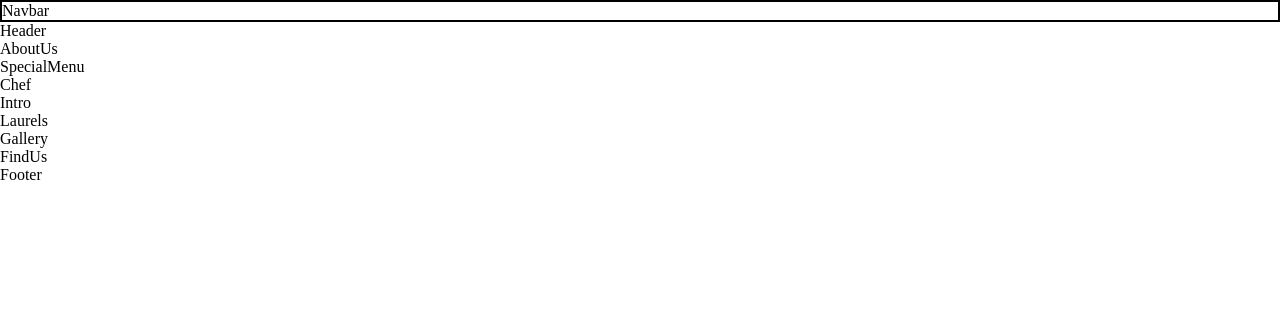
Repository: Isanderr/react-restaurant-page
Page: /
The author's editor kept a copy of each file at every save. The page is drawn from the files as they stood at one save, then again after the next save.
The browser window is 1280 px wide. The pictures show the whole page.
Some web fonts or font styles are not loaded; a fallback is used. The project was rebuilt for these pictures with package versions that can differ from the ones it lists, and the page was loaded fresh each time. Also part of the build but not shown: src/components/SubHeading/SubHeading.jsx, src/components/Footer/Newsletter.jsx, src/components/Footer/FooterOverlay.jsx, src/components/Menuitem/MenuItem.jsx, src/App.css.

Above is the page before, as saved 2022-05-21 13:43:36.

### public/index.html
<!DOCTYPE html>
<html lang="en">
  <head>
    <meta charset="utf-8" />
    <link rel="icon" href="%PUBLIC_URL%/favicon.ico" />
    <meta name="viewport" content="width=device-width, initial-scale=1" />
    <meta name="theme-color" content="#000000" />
    <meta
      name="description"
      content="Web site created using create-react-app"
    />
    <link rel="apple-touch-icon" href="%PUBLIC_URL%/logo192.png" />
    <link rel="manifest" href="%PUBLIC_URL%/manifest.json" />
    <title>Restaurant Page</title>
  </head>
  <body>
    <noscript>You need to enable JavaScript to run this app.</noscript>
    <div id="root"></div>
  </body>
</html>

### src/index.js
import React from 'react';
import { createRoot } from 'react-dom/client';

import './index.css';
import App from './App';

const container = document.getElementById('root');
const root = createRoot(container);
root.render(<React.StrictMode>
  <App />
</React.StrictMode>);

### src/components/Navbar/Navbar.jsx
import React from 'react';
import {GiHamburgerMenu} from 'react-icons/gi';
import {MdOutlineRestaurantMenu} from 'react-icons/md';
import images from '../../constants/images';


import './Navbar.css';

const Navbar = () => (
  <nav className="app__navbar">
    Navbar
  </nav>
);

export default Navbar;

### src/constants/images.js
import bg from '../assets/bg.png';
import chef from '../assets/chef.png';
import G from '../assets/G.png';
import gallery01 from '../assets/gallery01.png';
import gallery02 from '../assets/gallery02.png';
import gallery03 from '../assets/gallery03.png';
import gallery04 from '../assets/gallery04.png';
import knife from '../assets/knife.png';
import logo from '../assets/logo.png';
import menu from '../assets/menu.png';
import overlaybg from '../assets/overlaybg.png';
import spoon from '../assets/spoon.svg';
import welcome from '../assets/welcome.png';
import findus from '../assets/findus.png';
import laurels from '../assets/laurels.png';
import award01 from '../assets/award01.png';
import award02 from '../assets/award02.png';
import award03 from '../assets/award03.png';
import award05 from '../assets/award05.png';
import sign from '../assets/sign.png';
import quote from '../assets/quote.png';
import gericht from '../assets/gericht.png';

export default {
  bg,
  chef,
  G,
  gallery01,
  gallery02,
  gallery03,
  gallery04,
  knife,
  logo,
  menu,
  overlaybg,
  spoon,
  welcome,
  findus,
  laurels,
  award01,
  award02,
  award03,
  award05,
  sign,
  quote,
  gericht,
};

### src/components/Navbar/Navbar.css
.app__navbar {
    width: 100%;
    display: flex;
    border: 2px solid black;
}

Loaded but not shown: src/index.css (common file); src/App.js (common file); src/container/index.js (common file); src/components/index.js (common file); src/container/AboutUs/AboutUs.jsx (common file); src/container/Chef/Chef.jsx (common file); src/container/Findus/FindUs.jsx (common file); src/container/Footer/Footer.jsx (common file); src/container/Gallery/Gallery.jsx (common file); src/container/Header/Header.jsx (common file); src/container/Intro/Intro.jsx (common file); src/container/Laurels/Laurels.jsx (common file); src/container/Menu/SpecialMenu.jsx (common file); src/components/Footer/FooterOverlay.css (no stored copy; drawn as an empty file); src/components/Footer/Newsletter.css (no stored copy; drawn as an empty file); src/components/Menuitem/MenuItem.css (no stored copy; drawn as an empty file); src/container/AboutUs/AboutUs.css (no stored copy; drawn as an empty file); src/container/Chef/Chef.css (no stored copy; drawn as an empty file); src/container/Footer/Footer.css (no stored copy; drawn as an empty file); src/container/Gallery/Gallery.css (no stored copy; drawn as an empty file); src/container/Header/Header.css (no stored copy; drawn as an empty file); src/container/Intro/Intro.css (no stored copy; drawn as an empty file); src/container/Laurels/Laurels.css (no stored copy; drawn as an empty file); src/container/Menu/SpecialMenu.css (no stored copy; drawn as an empty file)

After the next save:
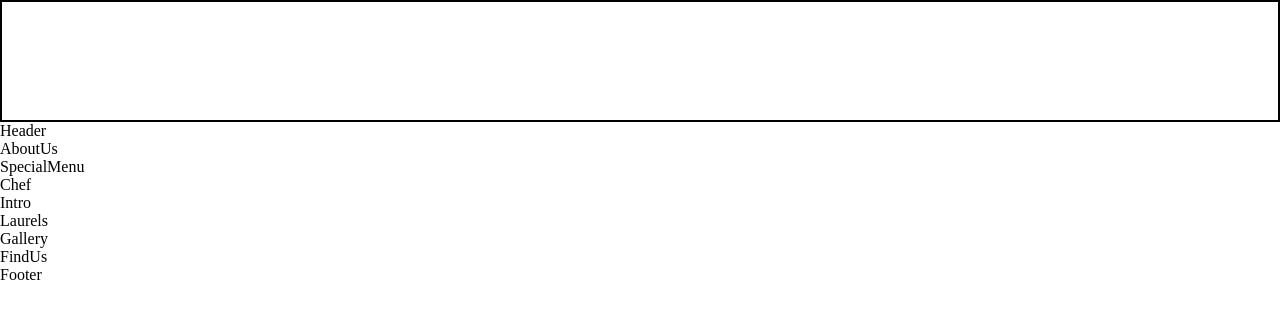
Saved 3 min 46 s later.
--- a/src/components/Navbar/Navbar.jsx
+++ b/src/components/Navbar/Navbar.jsx
@@ -8,7 +8,9 @@ import './Navbar.css';
 
 const Navbar = () => (
   <nav className="app__navbar">
-    Navbar
+    <div className="app__navbar-logo">
+      <img src={ images.gericht}/>
+    </div>
   </nav>
 );
 
